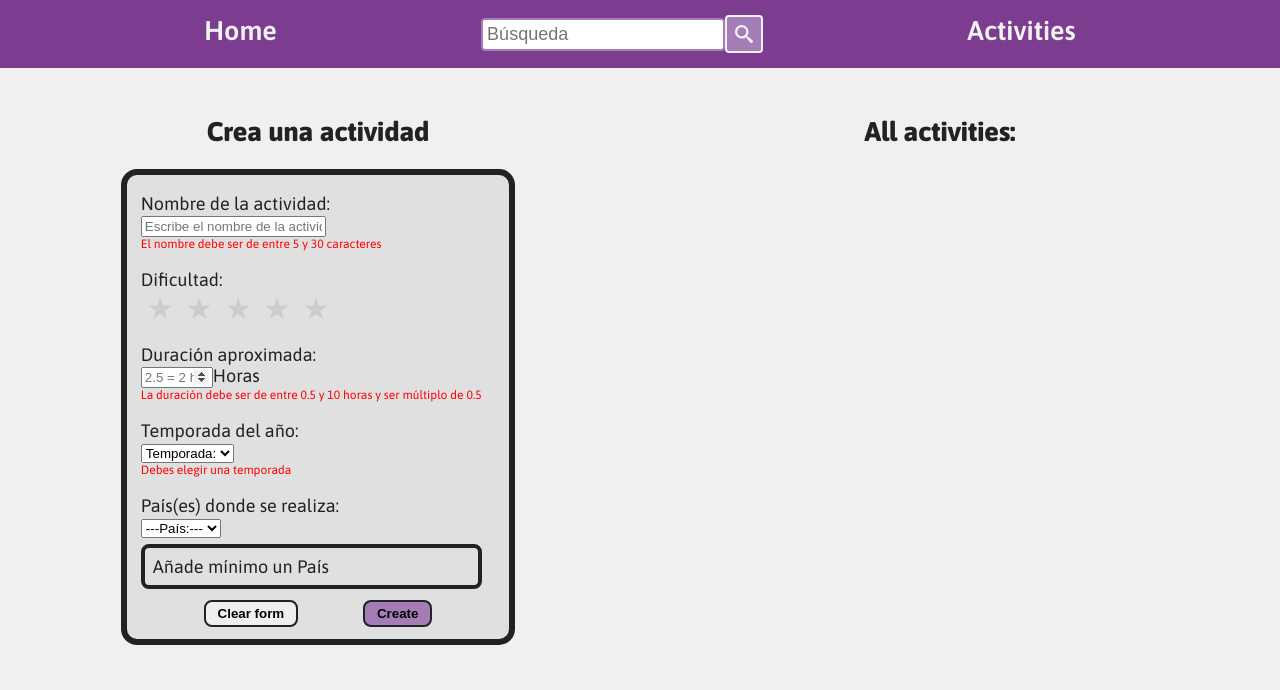
Repository: PCGP22/PI-Countries
Page: /countries/activities (app in cr-pi-countries-main/client/)
The author's editor kept a copy of each file at every save. The page is drawn from the files as they stood at one save, then again after the next save.
The browser window is 1280 px wide. The pictures show the whole page.
The page's requests for data from a server got no answer. The project was rebuilt for these pictures with package versions that can differ from the ones it lists, and the page was loaded fresh each time. No one was signed in, and anything a server would have sent is missing. Also part of the build but not shown: cr-pi-countries-main/client/vite.config.js, cr-pi-countries-main/client/src/styles/LandingPage.modules.css, cr-pi-countries-main/client/src/components/LandingPage.jsx, cr-pi-countries-main/client/src/components/Detail.jsx, cr-pi-countries-main/client/src/components/Filter.jsx, cr-pi-countries-main/client/src/styles/HomePage.modules.css, cr-pi-countries-main/client/src/components/HomePage.jsx.

Above is the page before, as saved 2023-08-07 22:08:42.

### cr-pi-countries-main/client/src/main.jsx
import React from 'react'
import ReactDOM from 'react-dom/client'
import App from './App.jsx'
import { BrowserRouter } from 'react-router-dom'
import { Provider } from 'react-redux'
import store from './redux/store.js'

ReactDOM.createRoot(document.getElementById('root')).render(
  <Provider store={store}>
    <BrowserRouter>
      <App />
    </BrowserRouter>
  </Provider>
)

### cr-pi-countries-main/client/src/App.jsx
import {Routes, Route, useNavigate } from "react-router-dom"
import LandingPage from "./components/LandingPage"
import WithNavBar from "./components/WithNavBar"
import Detail from "./components/Detail.jsx"
import ActivityPage from "./components/ActivityPage"
import HomePage from "./components/HomePage.jsx"
import { useEffect } from "react"
import "./styles/App.modules.css"

function App() {

  // const navigate = useNavigate()

  // useEffect(() => {
  //   navigate("/countries/")
  // }, [])



  return (
    <Routes>
      <Route path="/countries/" element={<LandingPage navBar={false}/>}/>
      <Route element={<WithNavBar/>}>
        <Route path="/countries/countries/" element={<HomePage/>}/>
        <Route path="/countries/countries/search" element={<HomePage/>}/>
        <Route path="/countries/countries/:idCountry" element={<Detail/>}/>
        <Route path="/countries/activities" element={<ActivityPage/>}/>
      </Route>
    </Routes>
  )
}

export default App

### cr-pi-countries-main/client/src/redux/store.js
import { createStore, applyMiddleware } from "redux";
import thunkMiddleware from 'redux-thunk'
import { composeWithDevTools } from 'redux-devtools-extension'
import { reducer } from "./reducer.js"

const composedEnhancer = composeWithDevTools(applyMiddleware(thunkMiddleware))

const store = createStore(reducer, composedEnhancer);
export default store;

### cr-pi-countries-main/client/src/components/WithNavBar.jsx
import { Outlet   } from 'react-router-dom'
import NavBar from './NavBar.jsx'

function WithNavBar() {

  return (
    <>
      <NavBar/>
      <Outlet/>
    </>
  )
}

export default WithNavBar

### cr-pi-countries-main/client/src/components/ActivityPage.jsx
import { useEffect, useState } from 'react'
import "./ActividadesPage.css"
import { connect } from "react-redux"
import { activityCreate, addActivities, addCountries } from '../redux/actions';
import "../styles/ActivityPage.modules.css"

const regexNombre = /[\w]{5,}/i;
let countryList = []

const validar = (inputs) =>{

    let errores = {}

    if(!regexNombre.test(inputs.name) || inputs.name.length>30){
        errores.name = "El nombre debe ser de entre 5 y 30 caracteres"
    } else if(regexNombre.test(inputs.name) && inputs.name.length<30){delete errores.name}
    if(inputs.difficulty === 0){ errores.difficulty = "Debes elegir una dificultad"}
    else if(inputs.difficulty !== 0){delete errores.difficulty}
    if(inputs.duration%0.5 !== 0 || inputs.duration < 0.5 || inputs.duration > 10){
        errores.duration = "La duración debe ser de entre 0.5 y 10 horas y ser múltiplo de 0.5"
    } else if (inputs.duration%0.5 === 0 && inputs.duration > 0.5 && inputs.duration < 10){
        delete errores.duration
    }
    if(inputs.season === ""){
        errores.season = "Debes elegir una temporada"
    } else if( inputs.season !== ""){delete errores.season}
    if(inputs.countryId.join("") === "" ){
        errores.countryId = "Debes seleccionar al menos un país"
    } else if( inputs.countryId.length !== 0){delete errores.countryId}

    return errores
}

function ActivityPage(props) {
    const [rating, setRating] = useState(0);
    const initialState = {
        name: "",
        difficulty: 0,
        duration: 0,
        season: "",
        countryId: [],
    }
    const [countryBox, setCountryBox] = useState([])
    const [form, setForm] = useState(initialState)
    const [errores, setErrores] = useState({})

    const ratings = [1,2,3,4,5]
    const [hover, setHover] = useState(0);
    const activities = props.allActivities
    const countries = props.allCountries.sort((a,b)=>{
        if (a.name < b.name) {
          return -1;
        }
        if (a.name > b.name) {
          return 1;
        }
        return 0;
      })

      useEffect(() => {
        setForm({...form, countryId: countryList})
        setErrores(validar({...form, countryId: countryList}))
        console.log(form.countryId)
      }, [countryBox])

    const handleChange = (e) => {
        if(e.target.value !== "ignore"){
            setForm({...form, [e.target.name]: e.target.value})
            setErrores(validar({...form, [e.target.name]: e.target.value}))
        }

    }
    const handleCountryChange = (e) => {
        let [id, name] = e.target.value.split(",")
        setCountryBox([...countryBox, name])
        countryList.push(id)
    }

    const handleReset = () => {
        setForm(initialState)
        setCountryBox([])
        setRating(0)
        setHover(0)
        countryList = []
    }

    const handleSubmit = (e) => {
        e.preventDefault()
        let erroresLength = Object.keys(errores).length;
        if(!erroresLength){
            props.activityCreate(form)
            handleReset()
            e.target.reset()
        } else {
            let errorLog = []
            for(let error in errores){
                errorLog.push(errores[error])
            }
            alert(errorLog.join("\n"))
        }
    }

    const handleClose = (e) => {
        setCountryBox(countryBox.filter(c=> c!== e.target.value))
    }

    useEffect(() => {
        props.addActivities()
        props.addCountries()
    }, [form])

  return (
    <div className='activityPage__container'>
        <aside className='activityPage__aside'>
            <h1>Crea una actividad</h1>
            <form onSubmit={handleSubmit} className='activityPage__form'>
                <fieldset className='activityPage__formSection'>
                    <label htmlFor="name">Nombre de la actividad:</label>
                    <br/>
                    <input type='text' name="name" onChange={handleChange} placeholder='Escribe el nombre de la actividad'/>
                    {errores.name?<p className="form--error no-space">{errores.name}</p>:""}
                </fieldset>
                <fieldset className='activityPage__formSection'>
                    <label htmlFor='difficulty'>Dificultad:</label>
                    <div className='filter__starContainer'>
                        {
                            ratings.map(i => {
                                return(
                                    <button type="button" name="difficulty" className={i <= (hover || rating)? "on star" : "off star"} key={i} index={i}
                                    onClick={() => {setRating(i); setForm({...form, difficulty: i})}}
                                    onMouseEnter={() => setHover(i)}
                                    onMouseLeave={() => setHover(rating)}>★</button>
                                    )

                                })
                            }
                    </div>
                </fieldset>
                <fieldset className='activityPage__formSection'>
                    <label htmlFor="duration">Duración aproximada:</label>
                    <br/>
                    <input type='number' onChange={handleChange} name="duration" placeholder='2.5 = 2 horas y media' min="0.5" max="10" step="0.5"/>
                    <span>Horas</span>
                    {errores.duration?<p className="form--error no-space">{errores.duration}</p>:""}
                </fieldset>
                <fieldset className='activityPage__formSection'>
                    <label htmlFor='season'>Temporada del año:</label>
                    <br/>
                    <select onChange={handleChange} name="season">
                        <option value="ignore" defaultValue={true}>Temporada:</option>
                        <option value="Primavera">Primavera</option>
                        <option value="Verano">Verano</option>
                        <option value="Otoño">Otoño</option>
                        <option value="Invierno">Invierno</option>
                    </select>
                    {errores.season?<p className="form--error no-space">{errores.season}</p>:""}
                </fieldset>
                <fieldset className='activityPage__formSection'>
                    <label htmlFor='countryId'>País(es) donde se realiza:</label>
                    <br/>
                    <select onChange={handleCountryChange} name="countryId">
                        <option defaultValue={true}>---País:---</option>
                        {countries.map(c=>{
                            return(
                                <option key={c.name} value={[c.id,c.name]}>{c.name}</option>
                            )
                        })}
                    </select>
                    <div className='activityPage__countryBox'>
                        {countryBox.length>0 ? countryBox.map(c=>
                            <div key={c} className='activityPage__countryList'>
                                <span>{c}</span>
                                <button type='button' onClick={handleClose} className='activityPage__closeButton' value={c}>x</button>
                            </div>
                        ):
                            <div className='activityPage__countryList'> Añade mínimo un País</div>
                        }
                    </div>
                </fieldset>
                <div className='activityPage__formButtons'>
                    <button onClick={handleReset} type="reset" className='activityPage__button'>Clear form</button>
                    <button type='submit' className='activityPage__button submitButton'>Create</button>
                </div>
            </form>
        </aside>
        <main className='activityPage__main'>
            <h2>All activities:</h2>
            <section className='activityContainer'>
                {activities.length > 0 && activities.map(a=>{
                    let ratingActivity = "★".repeat(a.difficulty).split("")
                    return(
                        <div className='activityBox' key={a.id}>
                            <h3>Name: {a.name? a.name: "N/A"}</h3>
                            {ratingActivity.map((r)=>
                                <span key={Math.random()} className='on star_mini'>{r}</span>
                                )}
                            <p>Duration: {a.duration? a.duration : "N/A"} Hrs.</p>
                            <p>Season: {a.season? a.season : "N/A"}</p>
                            <p>Countries: {a.countryId? a.countryId.join(", ") : "N/A"}</p>
                        </div>
                    )
                })}
            </section>
        </main>
    </div>
  )
}


const mapStateToProps =(state) => {
    return{
        allActivities: state.allActivities,
        allCountries: state.allCountries
    }
}

const mapDispatchToProps = (dispatch) => {
    return{
        activityCreate: (activity) => {dispatch(activityCreate(activity))},
        addActivities: () => {dispatch(addActivities())},
        addCountries: ()=>{dispatch(addCountries())},

    }
}

export default connect(mapStateToProps,mapDispatchToProps)(ActivityPage)

### cr-pi-countries-main/client/src/styles/App.modules.css
@import url('https://fonts.googleapis.com/css2?family=Asap:wght@400;600;800&display=swap');

:root{
    --black: #222;
    --dark-purple: #7c3c8f;
    --purple: #a57db6;
    --dark-grey: #e0e0e0;
    --white: #f2f2f2;
    --light-grey: #f0f0f0;

    font-family: 'Asap', sans-serif;
    font-size: 18px;
    color: var(--black);
    background-color: var(--light-grey);


}
a{
    text-decoration: none;
    font-family: inherit;
    color: inherit;
    text-align: center;
}

a.button{
    color: var(--black);
    background-color: var(--light-grey);
    display: inline-block;
    width: fit-content;
}

body{
    padding:0;
    margin: 0;
}

.title-text{
    font-weight: 800;
    font-size: 4em;
}

.big-text{
    font-weight: 600;
    font-size: 1.5em;
}

.normal-text{
    font-weight: 400;
}

.white-text{
    color: var(--white);
}
.button{
    background-color: var(--light-grey);
}

.dark-purple{
    background: var(--dark-purple);
}

.purple{
    background: var(--purple);
}

.soft-grey{
    background-color: var(--light-grey);
}

.dark-grey{
    background-color: var(--dark-grey);
}

.no-space{
    margin: 0;
    padding: 0;
}

### cr-pi-countries-main/client/src/components/NavBar.jsx
import { Link } from 'react-router-dom'
import SearchBar from './SearchBar'
import { useLocation } from 'react-router-dom'
import "../styles/NavBar.modules.css"

function NavBar() {

  const location = useLocation();
  return (
      <div className='navBar__Container dark-purple white-text'>
        <Link to="/countries/countries/" className={location.pathname.toString() === "/countries/countries/"? 'navBar__link link_active big-text': 'navBar__link big-text'}>Home</Link>
        <SearchBar/>
        <Link to="/countries/activities/" className={location.pathname.toString() === "/countries/activities/"? 'navBar__link link_active big-text': 'navBar__link big-text'}>Activities</Link>
      </div>
  )
}

export default NavBar

### cr-pi-countries-main/client/src/redux/actions.js
export const ADD_COUNTRIES = "ADD_COUNTRIES"
export const ID_SEARCH = "ID_SEARCH"
export const NAME_SEARCH = "NAME_SEARCH"
export const FILTER = "FILTER"
export const ORDER = "ORDER"
export const ACTIVITY_CREATE = "ACTIVITY_CREATE"
export const ADD_ACTIVITIES = "ADD_ACTIVITIES"
import axios from "axios"

export const addCountries = () => {
    const endpoint = 'http://localhost:5000/countries/'
    return async (dispatch) => {
        try{
            const {data} = await axios.get(endpoint);
            return dispatch({
                type: ADD_COUNTRIES,
                payload: data
            })
        }
        catch(error){
            console.log(error.message)
        }
}}

export const addActivities = () => {
    const endpoint = 'http://localhost:5000/countries/activities'
    return async (dispatch) =>{
        try{
            const {data} = await axios.get(endpoint);
            return dispatch({
                type: ADD_ACTIVITIES,
                payload: data
            })
        }
        catch(error){
            console.log(error.message)
        }
    }
}

export const idSearch = (idCountry) => {
    const endpoint = `http://localhost:5000/countries/countries/${idCountry}`
    return async (dispatch) => {
    try{
        const {data} = await axios(endpoint)
        if(typeof data === "error"){console.log("error")}
        return dispatch({
            type: ID_SEARCH,
            payload: data[0]
        })
    }
    catch(error){
        console.log(error)
    }
}
}

export const nameSearch = (name) => {
    const endpoint = `http://localhost:5000/countries/countries/search?name=${name}`
    return async (dispatch) => {
        try{
            const {data} = await axios(endpoint)
            return dispatch({
                type: NAME_SEARCH,
                payload: data
            })
        }
        catch(error){
            console.log(error.message)
            return dispatch({
                type: NAME_SEARCH,
                payload: "error"
            })
        }
    }
}

export const filter = (filterdata) => {return {
    type: FILTER,
    payload: filterdata
}}

export const order = (orderdata) => {return{
    type: ORDER,
    payload: orderdata
}}

export const activityCreate = (activity) => {
    const endpoint = 'http://localhost:5000/countries/activities/'
    return async (dispatch) => {
        try{
            const {data} = await axios.post(endpoint,activity);
            return dispatch({
                type: ACTIVITY_CREATE,
                payload: data
            })
        }
        catch(error){
            console.log(error.message)
        }
    }
}

### cr-pi-countries-main/client/src/styles/Detail.modules.css
.detail__container{
    padding:2%;
    display:grid;
    gap:15px;
    grid-template-areas: "main aside aside";
}
.detail__aside{
    grid-area: aside;
    display: flex;
    flex-direction: column;
    align-items: center;
    flex-wrap: wrap;
}
.detail__img{
    width: 100%;
}
.detail__info{
    border: 6px var(--black) solid;
    border-radius: 16px;
    background-color: var(--dark-grey);
    padding: 2%;
}

.activityPage__main{
    grid-area: main;
    width: clamp(100px,200px,300px);
    display: flex;
    flex-direction: column;
    align-items: center;
}

@media(max-width: 40em){
    .detail__container{
        font-size: 0.8em;
        grid-template-areas: "main" "aside";
    }
}

### cr-pi-countries-main/client/src/components/ActividadesPage.css
.star{
    font-size: 30px;
    background-color: transparent;
    border: none;
    outline: none;
    cursor: pointer;
}
.on {
    color: #efde23;
}
.off {
    color: #ccc;
}
input[type=number]::-webkit-inner-spin-button {
    opacity: 1
}
.form--error{
    color:red;
    font-size: 12px;
}

### cr-pi-countries-main/client/src/styles/ActivityPage.modules.css
.activityPage__container{
    padding:2%;
    display:grid;
    gap:15px;
    grid-template-areas: "aside main main";
}
.activityPage__aside{
    grid-area: aside;
    display: flex;
    flex-direction: column;
    align-items: center;
    flex-wrap: wrap;
}

.activityPage__form{
    border: 6px var(--black) solid;
    border-radius: 16px;
    background-color: var(--dark-grey);
    padding: 2%;
}

.activityPage__countryBox{
    border: 4px var(--black) solid;
    border-radius: 8px;
    padding:8px;
    display:flex;
    flex-wrap: wrap;
    flex-direction: column;
    gap: 6px;
    margin-top: 6px;
}
.activityPage__countryList{
    display: flex;
    justify-content: space-between;
}

.activityPage__formSection{
    border:none;
    padding-left:0;
}

.activityPage__closeButton{
    border: 2px var(--black) solid;
    background-color: red;
    color:var(--white);
    padding: 2px 6px;
    border-radius: 6px;
    display: grid;
    place-content: center;
}

.activityPage__formButtons{
    display: flex;
    justify-content: space-evenly;
}

.activityPage__button{
    padding:4px 12px;
    border: 2px var(--black) solid;
    border-radius: 8px;
    font-weight: 600;
}
.activityPage__button{
    cursor:pointer;
}

.submitButton{
    background-color: var(--purple);
}
.submitButton:hover{
    background-color: var(--dark-purple);
    color:var(--white);
}

.activityPage__main{
    grid-area: main;
    width: 100%;
    display: flex;
    flex-direction: column;
    align-items: center;
}

.activityBox{
    border: 4px var(--black) solid;
    border-radius: 8px;
    background-color: white;
    overflow: hidden;
    padding: 8px;
}

.activityContainer{
    width: 100%;
    display: grid;
    grid-template-columns: repeat(auto-fill, minmax(200px,1fr));
    gap:10px;
}

@media(max-width: 41em){
    select > option, select{
        width: 250px;
    }
    .activityPage__container{
        font-size: 0.8em;
        grid-template-areas: "aside" "main";
    }
}

### cr-pi-countries-main/client/src/components/SearchBar.jsx
import React, { useEffect, useState } from 'react'
import { connect } from 'react-redux'
import { ImSearch } from "react-icons/im";
import { nameSearch } from '../redux/actions';
import { Link } from 'react-router-dom';
import "../styles/SearchBar.modules.css"


function SearchBar(props) {

  const [name, setName] = useState()

  const handleChange = (e) => {
    setName(e.target.value)
  }

  let aux = ""
  const handleClick = async() => {
     aux = await props.nameSearch(name.toString().trim())
     setName("")
  }

  const handleKeyDown = async(e) => {
    if(e.keyCode === 13) { //Detect enter
      aux = await props.nameSearch(name.toString().trim())
      setName("")
    }
  }

  return (
    <div className='searchBar__container normal-text'>
        <input type='text' placeholder='Búsqueda' onChange={handleChange} onKeyDown={handleKeyDown} className='searchBar__input' value={name}/>
        <Link to={`/countries/countries/search?name=${name}`} className='searchBar__button'>
          <ImSearch onClick={handleClick}/>
        </Link>
    </div>
  )
}

const mapDispatchToProps = (dispatch) => {
  return{
    nameSearch: (name) => {dispatch(nameSearch(name))}
  }
}

export default connect(null,mapDispatchToProps)(SearchBar)

### cr-pi-countries-main/client/src/styles/NavBar.modules.css
.navBar__Container{
    padding: 15px 0;
    display: flex;
    justify-content: space-evenly;
}

.link_active{
    text-decoration: underline;
    text-decoration-thickness: 4px;
    text-underline-offset: 8px;
}

@media(max-width: 33em) {
    .navBar__Container>a{
        font-size: 1.2em;
    }
}

### cr-pi-countries-main/client/src/styles/Filter.modules.css
.filters__container{
    padding: 10px 0;
    display: flex;
    justify-content: space-evenly;
    flex-wrap: wrap;
    font-weight: 600;
}

.label{
    padding-right: 10px;
}
select:hover{
    background-color: var(--purple);
    color: var(--white);
}

@media (max-width:25em){
    .label{
        display: none;
    }
}

### cr-pi-countries-main/client/src/styles/SearchBar.modules.css
.searchBar__container{
    display: flex;
    align-items: center;
}

.searchBar__input{
    font-size: 1em;
    border:2px var(--purple) solid;
    border-radius: 4px;
    padding: 4px;
}

.searchBar__button{
    background-color: var(--purple);
    font-size: 1em;
    display: grid;
    place-items: center;
    padding: 8px;
    border-radius: 4px;
    border: 2px var(--white) solid;
}

.searchBar__button:hover{
    background-color:var(--dark-purple);
}

.searchBar__button:active{
    background-color:var(--black);
}

@media(max-width: 33em) {
    .searchBar__input{
        width: 100px;
    }
}

Loaded but not shown: cr-pi-countries-main/client/index.html (common file); cr-pi-countries-main/client/src/redux/reducer.js (127 lines, source omitted)

After the next save:
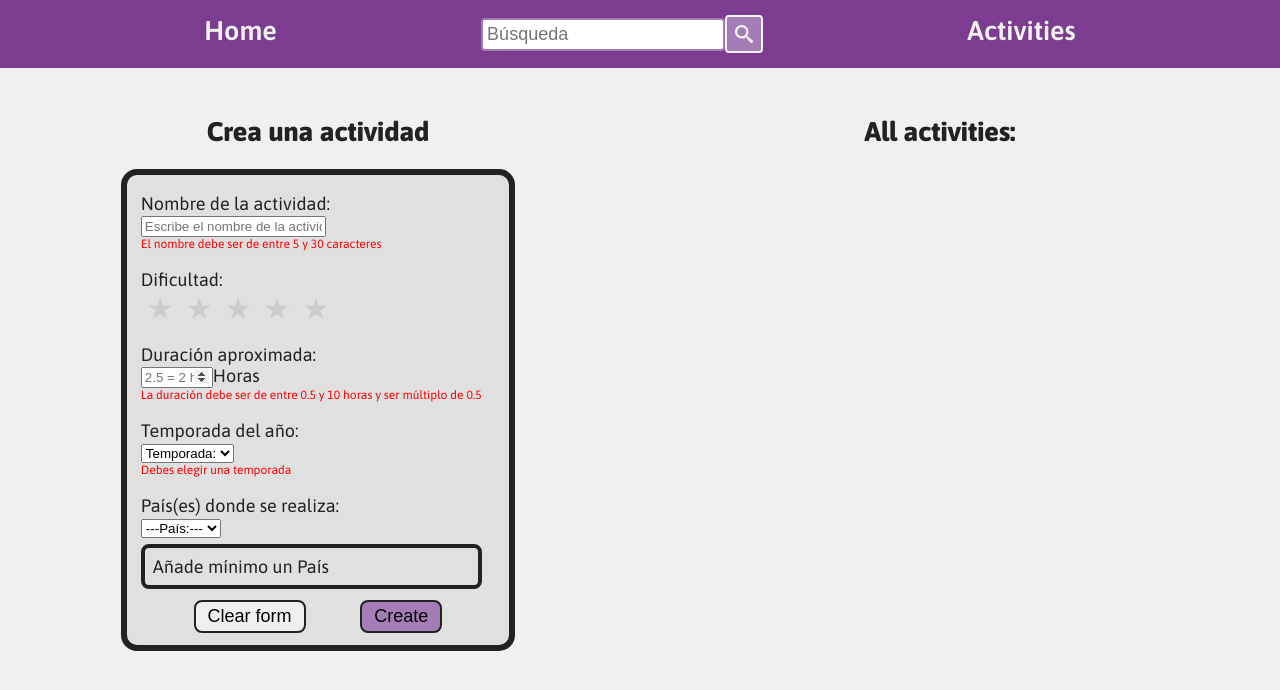
Saved 16 s later.
--- a/cr-pi-countries-main/client/src/styles/ActivityPage.modules.css
+++ b/cr-pi-countries-main/client/src/styles/ActivityPage.modules.css
@@ -58,7 +58,7 @@
     padding:4px 12px;
     border: 2px var(--black) solid;
     border-radius: 8px;
-    font-weight: 600;
+    font-size: 1em;
 }
 .activityPage__button{
     cursor:pointer;
